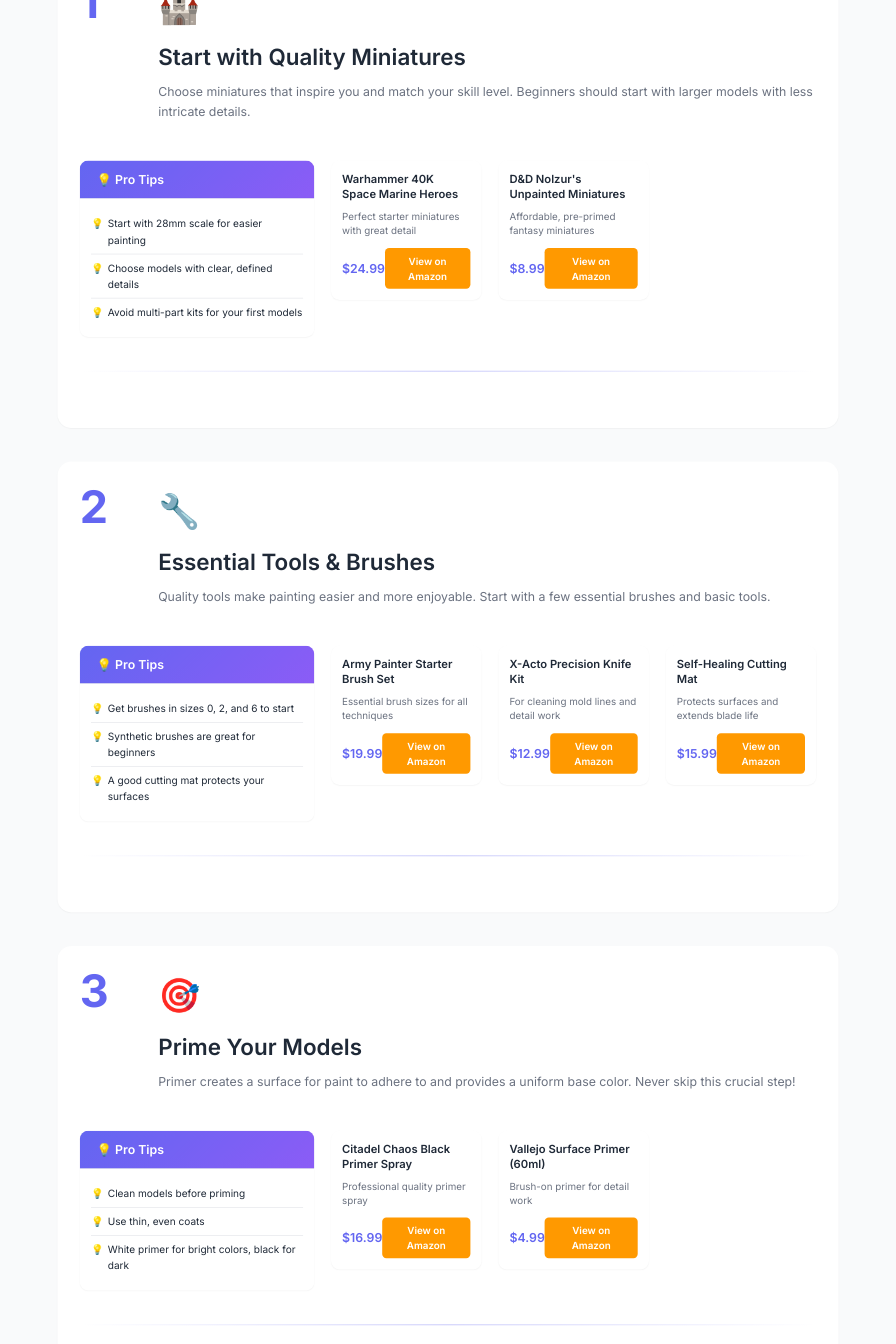
Repository: Aldentec/pushing-pigment-website
Page: /getting-started
The author's editor kept a copy of each file at every save. The page is drawn from the files as they stood at one save, then again after the next save.
The browser window is 1280 px wide. The pictures show the part of the page from y = 1218 to 3138 px (the page is 8422 px tall before and 8448 px after), at 70% of full size.
The project was rebuilt for these pictures with package versions that can differ from the ones it lists, and the page was loaded fresh each time. Also part of the build but not shown: src/components/Hero/Hero.css, src/components/Hero/Hero.jsx, src/pages/Home/Home.jsx, src/data/tutorials.js, src/pages/Tutorials/Tutorials.jsx, src/pages/Products/Products.css, src/pages/Products/Products.jsx.

Above is the page before, as saved 2025-08-16 10:22:18.

After the next save:
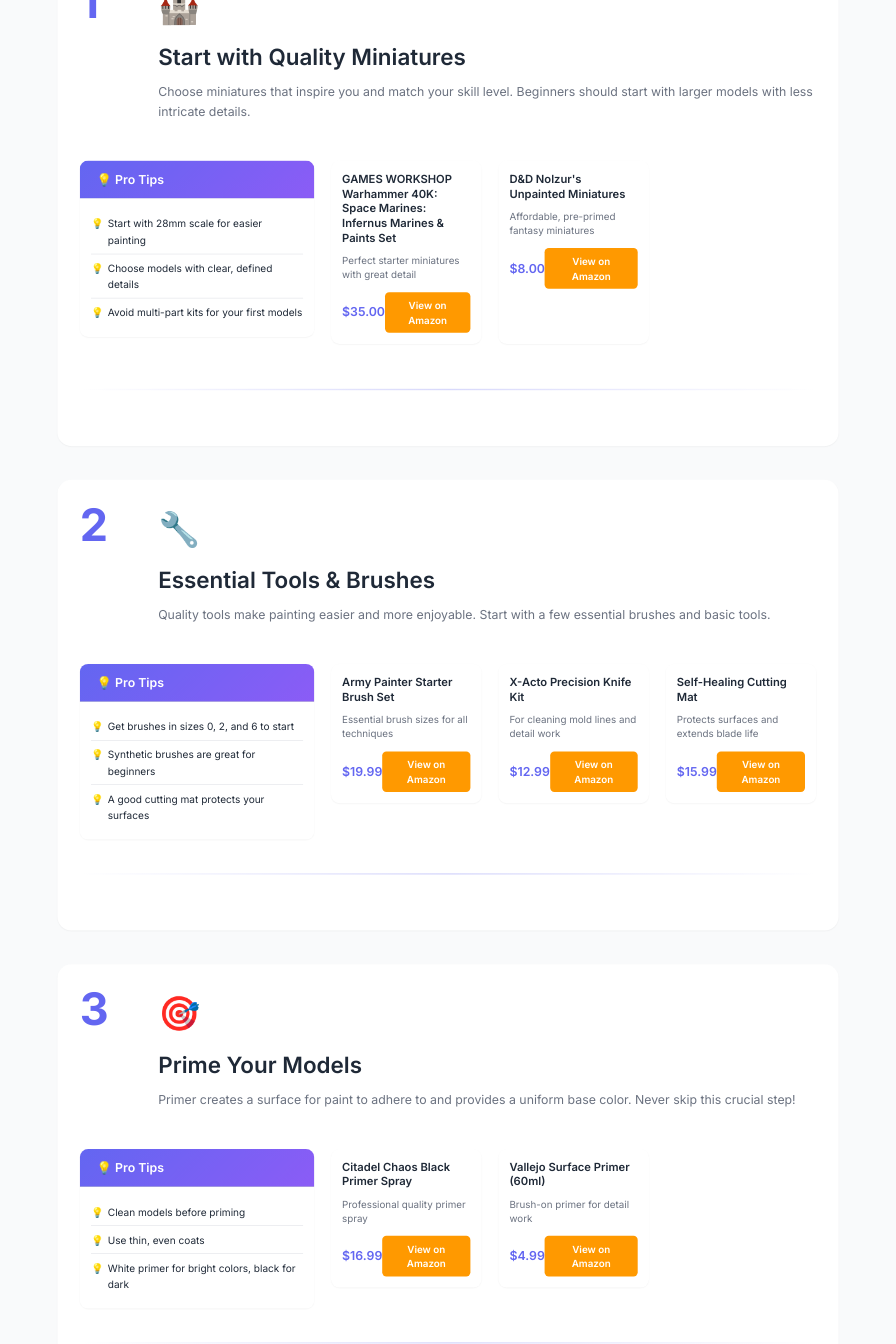
Saved 4 h 0 min later.
--- a/src/components/GettingStarted/GettingStarted.jsx
+++ b/src/components/GettingStarted/GettingStarted.jsx
@@ -64,15 +64,15 @@
       ],
       amazonLinks: [
         {
-          name: "Warhammer 40K Space Marine Heroes",
-          price: "$24.99",
-          link: "https://amazon.com/dp/example1", // Replace with real affiliate link
+          name: "GAMES WORKSHOP Warhammer 40K: Space Marines: Infernus Marines & Paints Set",
+          price: "$35.00",
+          link: "https://amzn.to/4oFPXzM",
           description: "Perfect starter miniatures with great detail"
         },
         {
           name: "D&D Nolzur's Unpainted Miniatures",
-          price: "$8.99",
-          link: "https://amazon.com/dp/example2",
+          price: "$8.00",
+          link: "https://amzn.to/4n6l99V",
           description: "Affordable, pre-primed fantasy miniatures"
         }
       ]
